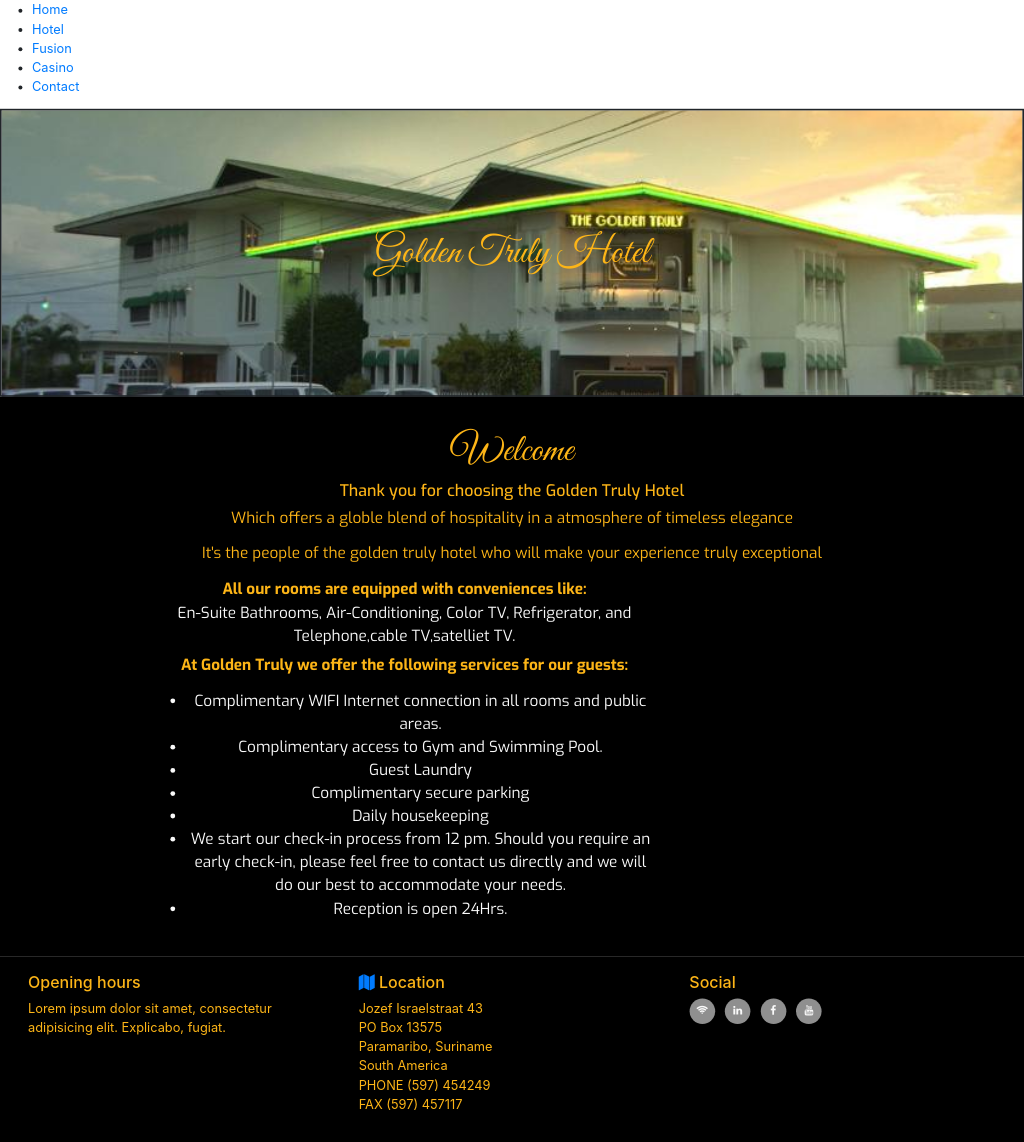
Repository: Code-Institute-Submissions/anthonycaf-Milestone1
Page: index.html
The author's editor kept a record of every edit. The page is drawn from the files as they stood at one moment, then again after the next edit.
The browser window is 1280 px wide. The pictures show the whole page, at 80% of full size.

Above is the page before.

### index.html
<!DOCTYPE html>
<html lang="en">
<head>
    <meta charset="UTF-8">
    <meta name="viewport" content="width=device-width, initial-scale=1.0">
    <meta http-equiv="X-UA-Compatible" content="ie=edge">
    <!--             links/bootstrap/fontawsome    -->
    <link rel="stylesheet" href="https://stackpath.bootstrapcdn.com/font-awesome/4.7.0/css/font-awesome.min.css" type="text/css" />
    <link rel="stylesheet" href="https://stackpath.bootstrapcdn.com/bootstrap/4.3.1/css/bootstrap.min.css" type="text/css" />
    <!--             main/css                      -->
    <link rel="stylesheet" href="./css/style.css" type="text/css" />
    <title>Golden Truly Hotel</title>
</head>
<body>

        <header>

         <ul>
  <li><a href="index.html">Home</a></li>

  <li><a href="hotel.html">Hotel</a></li>
  <li><a href="fusion.html">Fusion</a></li>
  <li><a href="casino.html">Casino</a></li>
   <li><a href="contact.html">Contact</a></li>
</ul>
<div class="bg-image-title">
                <a href="index.html" class="img"></a>
                <h1 id="title">Golden Truly Hotel</h1>
            </div>
        </header>
      <main>
        <section class="section ">
          <h2 id="welcome" class="uppercase text-center">Welcome</h2>
                <h5 class="uppercase text-center">Thank you for choosing the Golden Truly Hotel</h5>
                <p class="text-center">Which offers a globle blend of hospitality
                in a atmosphere of timeless elegance</p>
                <p class="text-center">It's the people of the golden truly hotel who will make your
                experience truly exceptional</p>
         <dl class="dl-list">
  <dt class="text-center">All our rooms are equipped with conveniences like:</dt>
  <dd class="text-center">En-Suite Bathrooms, Air-Conditioning, Color TV, Refrigerator, and Telephone,cable TV,satelliet TV.</dd>

  <dt class="text-center uppercase">At Golden Truly we offer the following services for our guests:</dt>
  <dd class="text-center">
    <p><ul class="room-services">
                 <li class="room-services-item">Complimentary WIFI Internet connection in all rooms and public areas.</li>
                 <li class="room-services-item">Complimentary access to Gym and Swimming Pool.</li>
                 <li class="room-services-item">Guest Laundry</li>
                 <li class="room-services-item">Complimentary secure parking</li>
                 <li class="room-services-item">Daily housekeeping</li>
                 <li class="room-services-item">We start our check-in process from 12 pm.
                 Should you require an early check-in,
                  please feel free to contact us directly and we will do our best to
                  accommodate your needs.</li>
                 <li class="room-services-item">Reception is open 24Hrs.</li>
                 </ul></p>

  </dd>


</dl>
         <!--
               <h2 id="welcome" class="uppercase text-center">Welcome</h2>
                <h5 class="uppercase text-center">Thank you for choosing the Golden Truly Hotel</h5>
                <p class="text-center">Which offers a globle blend of hospitality
                in a atmosphere of timeless elegance</p>
                <p class="text-center">It's the people of the golden truly hotel who will make your
                experience truly exceptional</p>
                 <h5 class="uppercase text-center">All our rooms are equipped with conveniences like:</h5>
                <p class="text-center">En-Suite Bathrooms, Air-Conditioning, Color TV, Refrigerator, and Telephone,cable TV,satelliet TV.</p>
                 <h5 class="uppercase text-center">At Golden Truly we offer the following services for our guests:</h5>
                  <ul class="room-services">
                 <li class="room-services-item">Complimentary WIFI Internet connection in all rooms and public areas.</li>
                 <li class="room-services-item">Complimentary access to Gym and Swimming Pool.</li>
                 <li class="room-services-item">Guest Laundry</li>
                 <li class="room-services-item">Complimentary secure parking</li>
                 <li class="room-services-item">Daily housekeeping</li>
                 <li class="room-services-item">We start our check-in process from 12 pm.
                 Should you require an early check-in,
                  please feel free to contact us directly and we will do our best to
                  accommodate your needs.</li>
                 <li class="room-services-item">Reception is open 24Hrs.</li>
                 </ul>-->
        </section>
       </main>
         <footer class="container-fluid">
    <div id="footer-details" class="row">
     <div class="col-sm-4">
      <h5 class="uppercase general-sub">Opening hours</h5>
      <p class="inline-block">
       Lorem ipsum dolor sit amet, consectetur adipisicing elit. Explicabo, fugiat.
      </p>
     </div>
     <div class="col-sm-4">
       <h5 class="uppercase general-sub"> <a href="assets/cv/sample-cv.pdf" target="_blank" class="cv-pdf">
        <i class="fa fa-map marker alt" aria-hidden="true"></i>
        <span class="sr-only">Map link.</span>
       </a>Location</h5>
       <p class="inline-block">Jozef Israelstraat 43<br>
           PO Box 13575<br>
           Paramaribo, Suriname<br>
              South America<br>
            PHONE (597) 454249<br>
              FAX (597) 457117
 </p>

     </div>
     <div class="col-sm-4">
       <h5 class="uppercase general-sub">Social</h5>
       <ul class="list-inline social-links">
           <li class="list-inline-item">
         <a href="#" target="_blank">
          <i class="fa fa-wifi" aria-hidden="true"></i>
          <span class="sr-only">wifi</span>
         </a>
        </li>
        <li class="list-inline-item">
         <a href="#" target="_blank">
          <i class="fa fa-linkedin" aria-hidden="true"></i>
          <span class="sr-only">Linkedin</span>
         </a>
        </li>

        <li class="list-inline-item">
         <a href="#" target="_blank">
          <i class="fa fa-facebook" aria-hidden="true"></i>
          <span class="sr-only">facebook</span>
         </a>
        </li>

        <li class="list-inline-item">
         <a href="#" target="_blank">
          <i class="fa fa-youtube" aria-hidden="true"></i>
          <span class="sr-only">youtube</span>
         </a>
        </li>
       </ul>
     </div>
    </div>
    </footer>


</body>
</html>

### css/style.css
 /*------------google-fonts----------*/

@import url('https://fonts.googleapis.com/css?family=Exo:100,200,300,400,500,600,700|Great+Vibes&display=swap:100,200,300,400,500,600,700');

body {
margin:0;

}
/*--------------color ---------------*/




/*------------- images --------------*/
.master-img1 {
 background-image: url(../images/master1.jpg);
}
.master-img2 {
  background-image: url(../images/housekeeping.jpg);
}
.master-img3 {
  background-image: url(../images/design-lobby-ceiling.jpg);
}
.suite-img1 {
 background-image: url(../images/suit1.jpg);
}
.suite-img2 {
 background-image: url(../images/suite2.jpg);
}
.suite-img3 {
 background-image: url(../images/suite3.jpg);
}

.bg-image-title {
   background: url("../images/golden-truly-hotel.jpg");
}
 /*------------main----------*/
 main {
     font-family: "Exo",sans-serif;
     font-size: 1.2em;
     width: 100%;
     background-color:
     #000000;
     color: #fdb517;
     margin: 0 auto;
    padding-top: 10px;

 }

 .bg-image-title {
    background-clip: border-box;
    background-position: center;
    background-repeat: no-repeat;
    background-size: cover;
    transition: all .5s ease-in-out;
    -moz-transition: all .5s ease-in-out;
    -webkit-transition: all .5s ease-in-out;
     height: 360px;
     border: 2px solid;
 }
 #title {
  color: #fdb517;
     font-family: "Great Vibes",sans-serif;
     font-size: 3em;
     text-align: center;
     padding-top: 150px;
 }
 #welcome {
   color: #fdb517;
     font-family: "Great Vibes",sans-serif;
     font-size: 2.5em;

 }
 .dl-list {
       max-width: 70%;
 }
   .section {
    padding-top: 10px;
    padding-bottom: 10px;
    margin: 0 auto;
    max-width: 70%;
   }

  /*-----------main nav-bar----------*/
#nav-bar {
  list-style-type: none;
  margin: 0;
  padding: 0;
  overflow: hidden;
  background-color: #000;
}

.nav-bar-item {
  float: left;
}

.nav-bar-item .nav-link-item {
  display: inline-block;
  color: #fdb517;
  text-align: center;
  padding: 14px 16px;
  text-decoration: none;
}

.nav-bar-item .nav-link-item:hover {
  background-color: #fdb517;
 color: #000000;
 border-radius: 3px;
 transition: all .8s ease-in-out;
}
.nav-bar-item {
  display: inline-block;
}


dd {
    color: #fafafa;
}
/*.room-services {
   margin-bottom: 0px;
    border-bottom-width: 20px;
    padding-bottom: 40px;
}
 */
 /*----------------iframe -----------*/

iframe {
 width: 100%;
 height: 360px;
 border: none;
 margin: 0;
}
 /*-----------main footer----------*/

 .container-fluid {
  background-color: #000000;
  color: #fdb517;

 }

 footer {
    background-color: #525252;
    color: #fafafa;
    min-height: 120px;
    margin: 0;
    padding: 0;
}

.social-links {
    padding-bottom: 15px;
}
.social-links li a i {
    width: 32px;
    height: 32px;
    padding: 12px 0;
    border-radius: 50%;
    font-size: 13px;
    line-height: 7px;
    text-align: center;
    color: #fafafa;
    background-color: #8f8f8f;
     transition: all 0.35s ease-in-out;
    -moz-transition: all 0.35s ease-in-out;
    -webkit-transition: all 0.35s ease-in-out;
    -o-transition: all 0.35s ease-in-out;
}
.social-links li a i:hover {
    background: #fdb517;
}
#footer-details {
    padding:20px;
}
/*-----------hotel.html----------*/
.bg-img-size {
  background-clip: border-box;
    background-position: center;
    background-repeat: no-repeat;
    background-size: cover;
  width: 33.3%;
  height: 150px;
}


/*   contact.html/form    */
.contact-heading, .contact-thanks {
    font-family: "Great Vibes", sans-serif;
    font-weight: 300;
    margin-top: 25px;
    margin-bottom: 20px;

}
form {
    padding-top: 10px;
    margin: 0 auto;
    max-width: 70%;
}
button[type="submit"] {
    margin-top: 15px;
    margin-bottom: 20px;
    color: #fdb517;
    background-color: #000000;

}
/*-------------------------------------Media queries*/

@media(min-width: 992px) {
   .center-form {
    padding-top: 30px;
    min-height: 240px;
    margin: 0 auto;
    max-width: 50%;
}
.section {
    padding-top: 30px;
    padding-bottom: 30px;
    margin: 0 auto;
    max-width: 70%;
   }
   .dl-list {
       max-width: 70%;
   }
}

After the next edit:
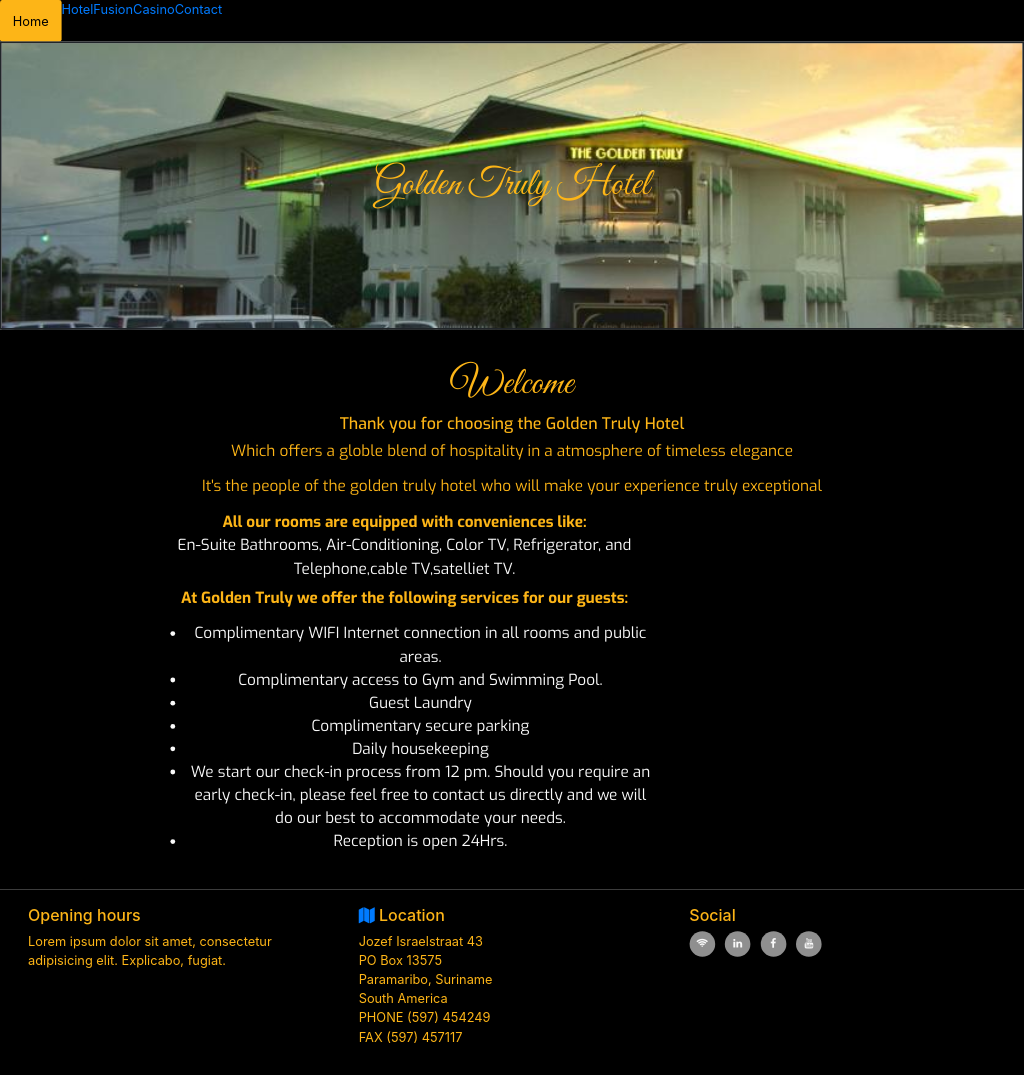
The edit:
--- a/index.html
+++ b/index.html
@@ -15,13 +15,12 @@
 
         <header>
 
-         <ul>
-  <li><a href="index.html">Home</a></li>
-
-  <li><a href="hotel.html">Hotel</a></li>
-  <li><a href="fusion.html">Fusion</a></li>
-  <li><a href="casino.html">Casino</a></li>
-   <li><a href="contact.html">Contact</a></li>
+         <ul Id="nav-bar">
+  <li class="nav-bar-item"><a class="nav-link-item" href="index.html">Home</a></li>
+  <li class="nav-bar-item"><a href="hotel.html">Hotel</a></li>
+  <li class="nav-bar-item"><a href="fusion.html">Fusion</a></li>
+  <li class="nav-bar-item"><a href="casino.html">Casino</a></li>
+  <li class="nav-bar-item"><a href="contact.html">Contact</a></li>
 </ul>
 <div class="bg-image-title">
                 <a href="index.html" class="img"></a>
